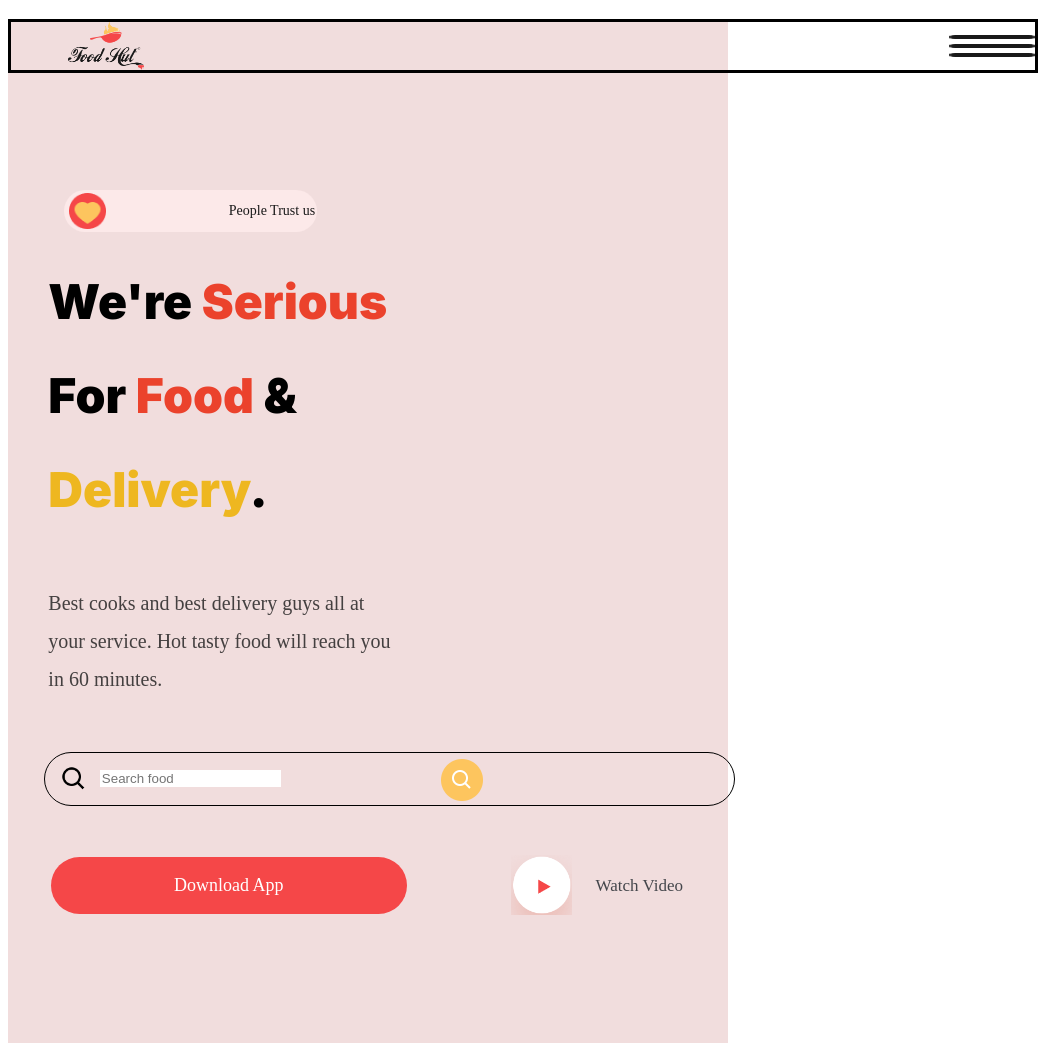
Repository: ReyhanehRahmani/Food-Hut
Page: FoodHut.html
An editor plug-in stored every save of this project. The page is shown before and after the next save, followed by the edit.
The browser window is 1024 px wide. The page is 1038 px wide, so the pictures cover 1038 px, including what lies to the right of the window. The pictures show the whole page.
Some web fonts or font styles are not loaded; a fallback is used.

Above is the page before, as saved 2025-05-29 00:13:40.

After the next save:
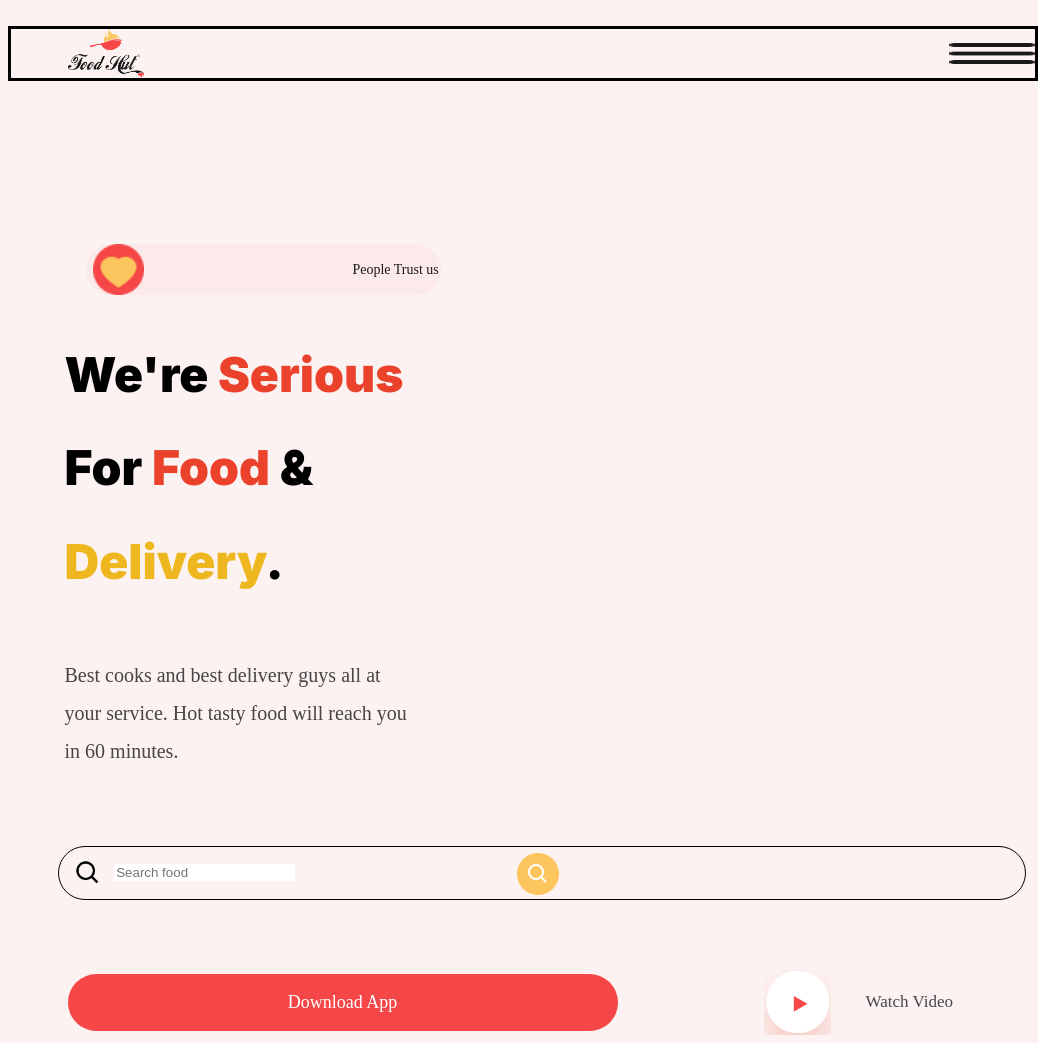
Saved 23 s later.
--- a/FoodHut.css
+++ b/FoodHut.css
@@ -5,13 +5,11 @@
 
 
 body {
+    background-color: #fdf2f2;
 
 }
 
 #part1{
-    background-color: #f1dddd;
-    width: 100vh;
-    height: 100vw;
 }
 
 .headh{
